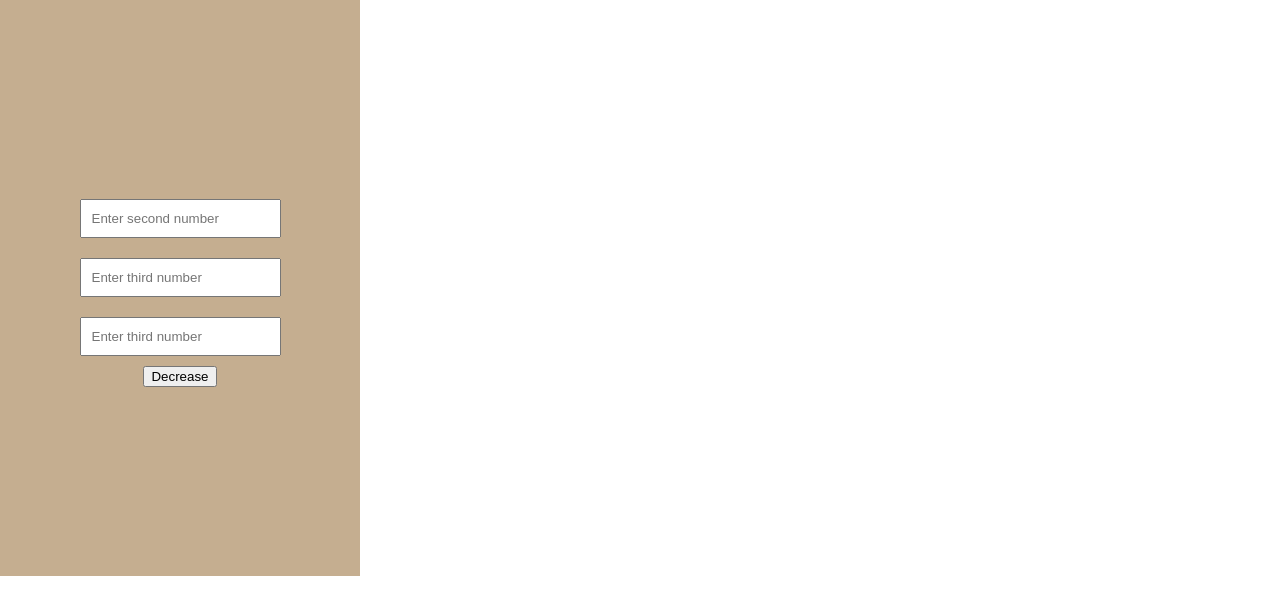
Repository: purnimapatel/SI-calculator
Page: /
The author's editor kept a copy of each file at every save. The page is drawn from the files as they stood at one save, then again after the next save.
The browser window is 1280 px wide. The pictures show the whole page.
The project was rebuilt for these pictures with package versions that can differ from the ones it lists, and the page was loaded fresh each time.

Above is the page before, as saved 2024-08-26 11:25:04.

After the next save:
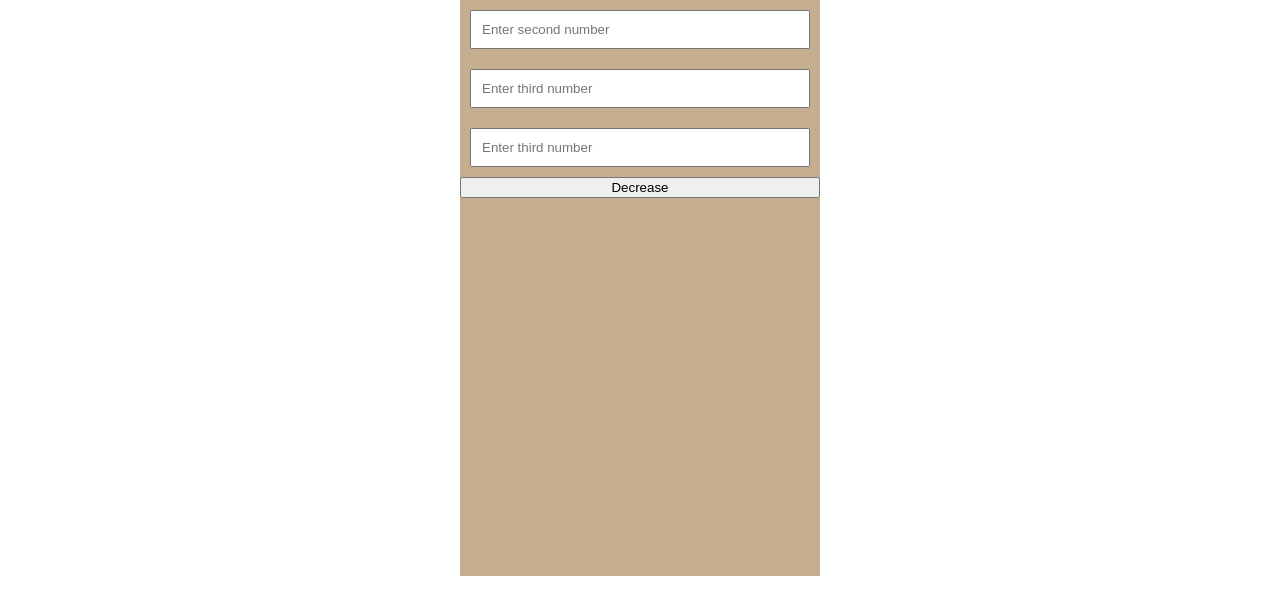
Saved 37 s later.
--- a/src/App.css
+++ b/src/App.css
@@ -1,13 +1,18 @@
 .App {
   text-align: center;
+
+}
+.container{
+  display: flex;
+  justify-content: center;
+  align-items:center;
 
 }
 .container1{
 
   background-color:rgb(197, 174, 144);
   display:flex;
-  justify-content: center;
-  align-items:center;
+
   flex-direction: column;
   height: 80vh;
   width:50vh;
